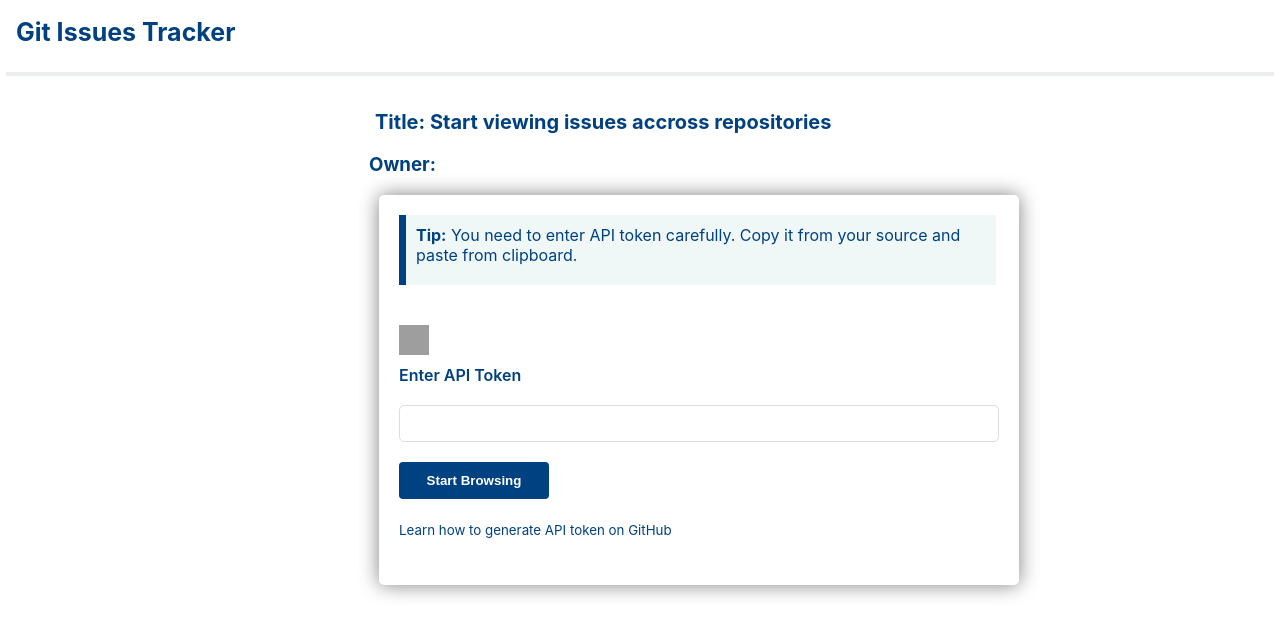
Repository: duzzisantos/github-repos-react-graphql
Page: /
The author's editor kept a copy of each file at every save. The page is drawn from the files as they stood at one save, then again after the next save.
The browser window is 1280 px wide. The pictures show the whole page.
Pictures or frames that could not be fetched are drawn as grey boxes. The project was rebuilt for these pictures with package versions that can differ from the ones it lists, and the page was loaded fresh each time. Also part of the build but not shown: src/components/table/tables.scss, src/components/table/Filters.tsx, src/components/table/Pagination.tsx, src/components/table/TableComponent.tsx, src/components/table/columnHelpers.ts, src/utilities/funtions.ts, src/pages/Repositories.tsx, src/pages/ViewRepository.tsx.

Above is the page before, as saved 2024-06-17 21:00:33.

After the next save:
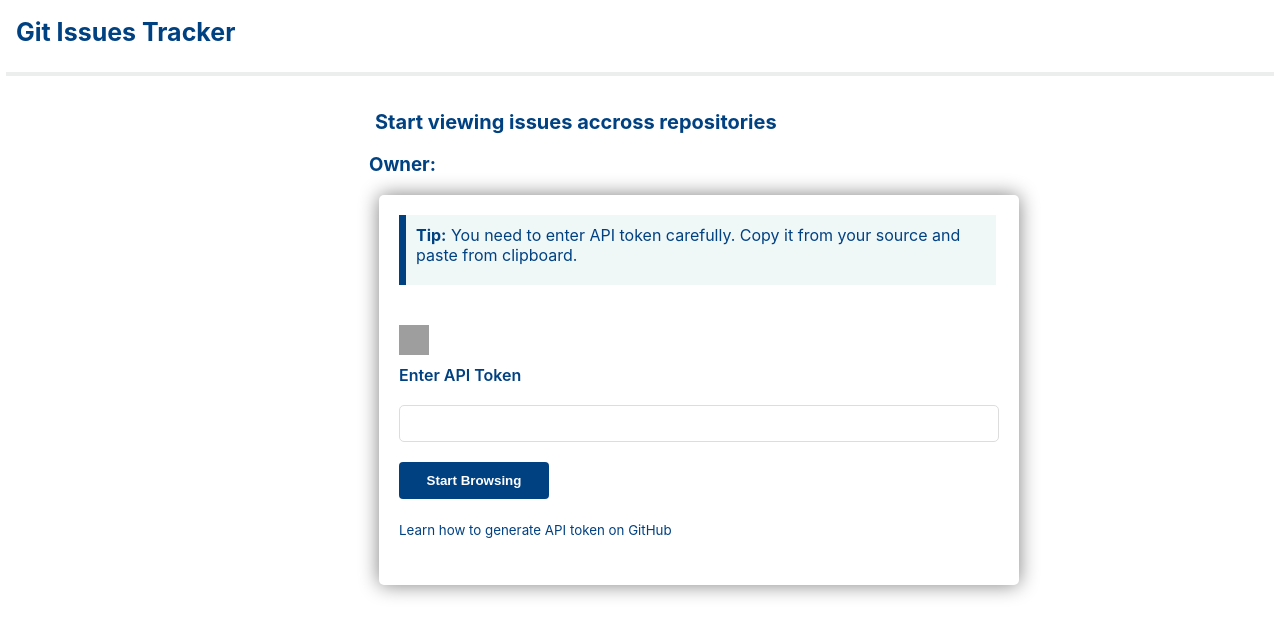
Saved 15 s later.
--- a/src/components/Container.tsx
+++ b/src/components/Container.tsx
@@ -14,7 +14,7 @@ const Container = ({
   return (
     <main className="container">
       <section>
-        <h2>Title: {pageSubTitle}</h2>
+        <h2> {pageSubTitle}</h2>
         <h3>Owner: {repositoryOwner}</h3>
         {children}
       </section>
